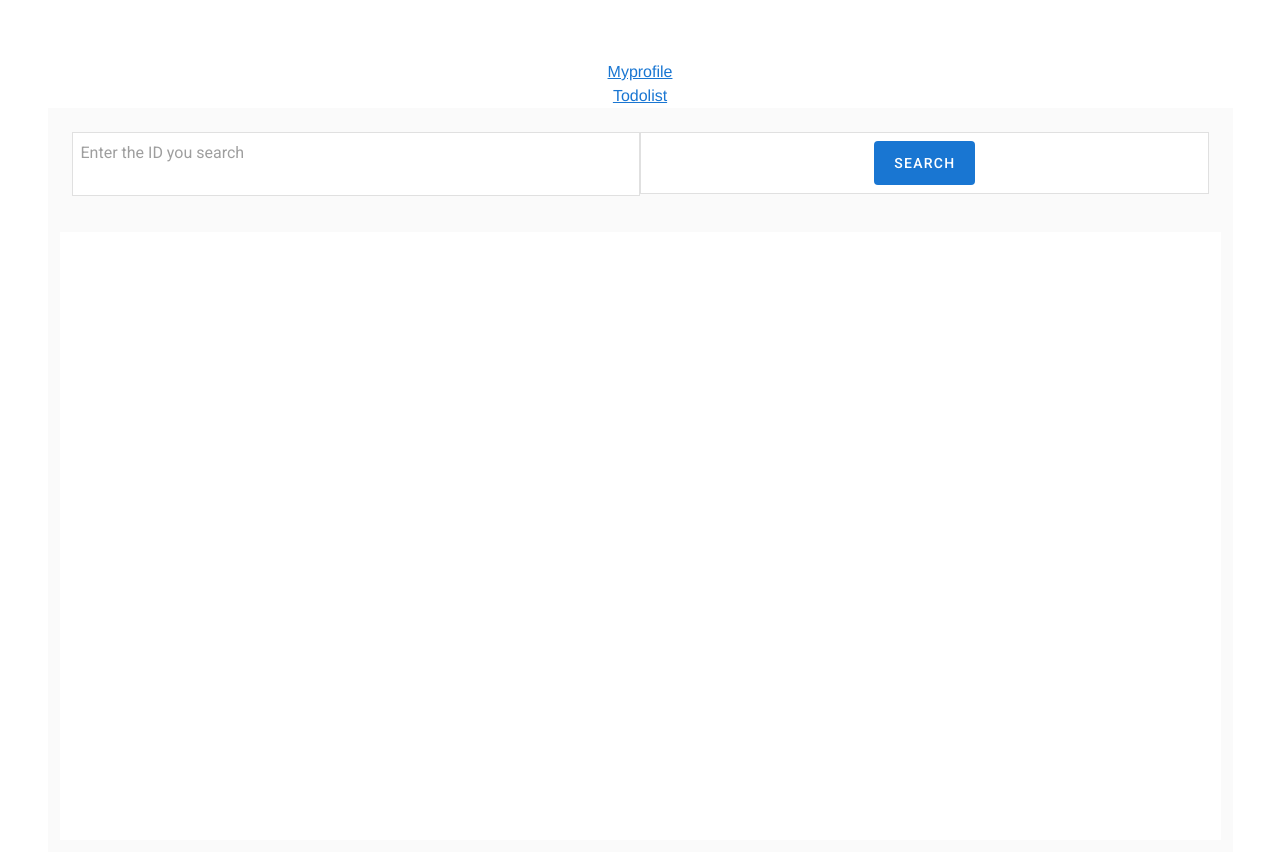
Repository: Shanshan67/todolist
Page: /#/profile
These files come from the project's save history. The page is drawn as it stood at one moment and after the next save; the edit follows.
The browser window is 1280 px wide. The pictures show the whole page.
The project was rebuilt for these pictures with package versions that can differ from the ones it lists, and the page was loaded fresh each time. Also part of the build but not shown: src/pages/Dashboard.vue, src/pages/Todolist.vue.

Above is the page before, as saved 2022-07-20 20:25:25.

After the next save:
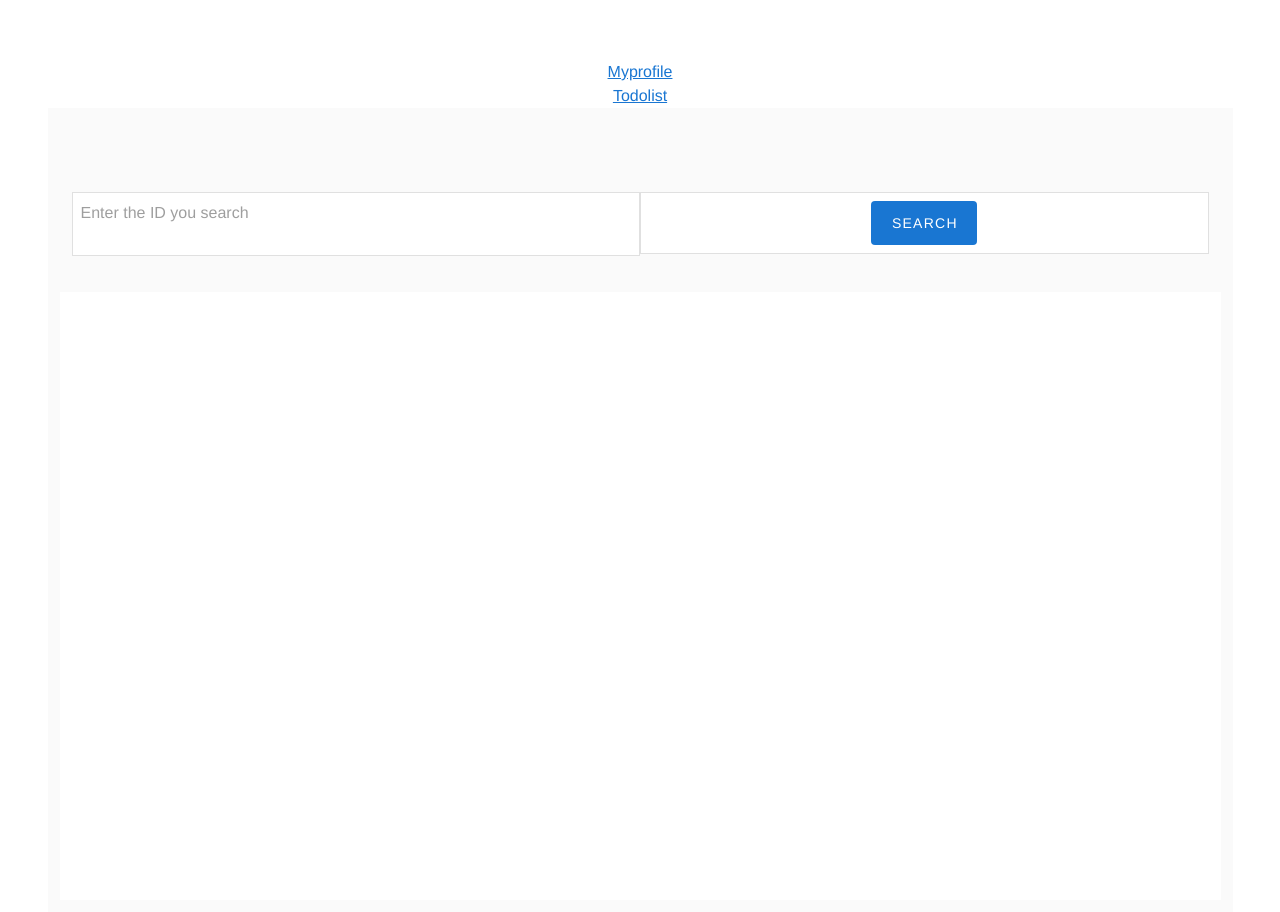
Saved 14 s later.
--- a/src/components/Search.vue
+++ b/src/components/Search.vue
@@ -1,6 +1,6 @@
 <template>
 	<div>
-		<v-app id="inspire">
+		<v-app >
     		<v-container class="grey lighten-5">
 				<v-row class="mb-6" no-gutters>
 					<v-col sm="6" md="5" lg="6">
